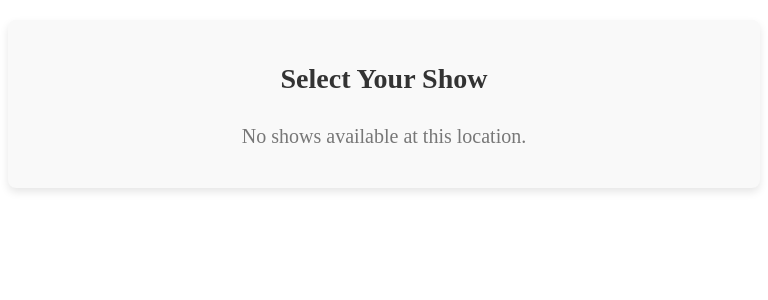
Repository: gnanaprasunag/MovieBookingApp
Page: /onbooktickets (app in frontend/)
These files come from the project's save history. The page is drawn as it stood at one moment and after the next save; the edit follows.
The browser window is 768 px wide. The pictures show the whole page.
The page's requests for data from a server got no answer. The project was rebuilt for these pictures with package versions that can differ from the ones it lists, and the page was loaded fresh each time. No one was signed in, and anything a server would have sent is missing. Also part of the build but not shown: frontend/src/components/PrivateRoute.js, frontend/src/components/AuthorizeRoute.js.

Above is the page before, as saved 2025-05-03 22:35:02.

After the next save:
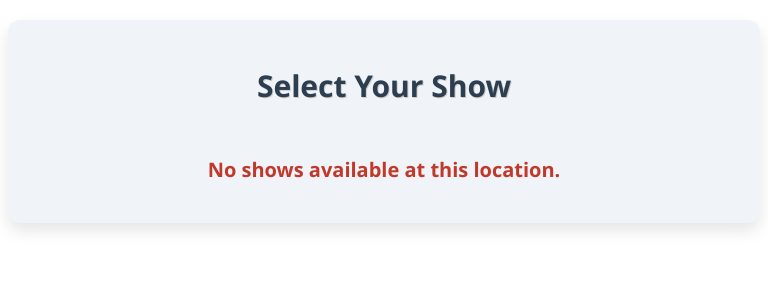
Saved 91 s later.
--- a/frontend/src/pages/onbooktickets.css
+++ b/frontend/src/pages/onbooktickets.css
@@ -1,116 +1,140 @@
-/* Container for the whole page */
+/* Main container */
 .timeplace-container {
-  max-width: 1000px;
+  max-width: 1200px;
   margin: 20px auto;
   padding: 20px;
-  background-color: #f9f9f9;
-  border-radius: 8px;
-  box-shadow: 0 4px 8px rgba(0, 0, 0, 0.1);
+  background-color: #f0f4f8;
+  border-radius: 12px;
+  box-shadow: 0 8px 16px rgba(0, 0, 0, 0.1);
+  font-family: 'Segoe UI', Tahoma, Geneva, Verdana, sans-serif;
 }
 
-/* Page title */
+/* Title */
 .page-title {
   text-align: center;
   margin-bottom: 30px;
-  color: #333;
-  font-size: 28px;
+  color: #2c3e50;
+  font-size: 30px;
   font-weight: bold;
+  text-shadow: 1px 1px #ccc;
 }
 
-/* Each theater/timeplace card */
+/* Each card */
 .timeplace-card {
-  border: 1px solid #ccc;
+  background: linear-gradient(135deg, #74ebd5 0%, #ACB6E5 100%);
+  border-radius: 10px;
   padding: 20px;
   margin-bottom: 20px;
-  background-color: white;
-  border-radius: 6px;
+  color: #1a1a1a;
   position: relative;
+  transition: transform 0.2s ease-in-out;
 }
 
-/* Theater/place name */
+.timeplace-card:hover {
+  transform: scale(1.02);
+  box-shadow: 0 6px 12px rgba(0, 0, 0, 0.2);
+}
+
+/* Place name */
 .place-name {
-  font-size: 22px;
+  font-size: 24px;
   font-weight: bold;
+  margin-bottom: 8px;
   display: flex;
   align-items: center;
   justify-content: space-between;
 }
 
-/* Location text */
+/* Location name */
 .location-name {
   font-size: 18px;
-  color: #555;
+  color: #333;
   margin-bottom: 10px;
 }
 
-/* Button group for showtimes */
+/* Showtime buttons */
 .time-buttons {
   display: flex;
   flex-wrap: wrap;
-  gap: 10px;
+  gap: 12px;
+  margin-top: 10px;
 }
 
-/* Showtime buttons */
 .time-button {
+  background: linear-gradient(45deg, #ff6ec4, #7873f5);
+  color: white;
   padding: 10px 20px;
-  background-color: #007bff;
-  color: white;
+  border-radius: 25px;
   border: none;
-  border-radius: 4px;
   font-size: 16px;
   cursor: pointer;
+  transition: background 0.3s, transform 0.2s;
 }
 
 .time-button:hover {
-  background-color: #0056b3;
+  background: linear-gradient(45deg, #ff9472, #f2709c);
+  transform: scale(1.05);
 }
 
 /* Visited label */
 .visited {
-  background-color: #28a745;
+  background-color: #27ae60;
   color: white;
-  padding: 3px 8px;
-  border-radius: 4px;
+  padding: 4px 10px;
+  border-radius: 20px;
   font-size: 14px;
-  margin-left: 10px;
+  margin-left: 15px;
+  font-weight: bold;
 }
 
-/* Modal content overrides */
+/* Modal content */
 .modal-content {
-  border-radius: 8px;
+  border-radius: 10px;
+  background-color: #fefefe;
 }
 
 .modal-body p {
   font-size: 18px;
-  margin-bottom: 15px;
+  color: #2c3e50;
 }
 
 .btn-success {
   background-color: #28a745;
-  border: none;
+  border-radius: 20px;
+  padding: 10px 20px;
+  font-weight: bold;
 }
 
 .btn-danger {
-  background-color: #dc3545;
-  border: none;
+  background-color: #e74c3c;
+  border-radius: 20px;
+  padding: 10px 20px;
+  font-weight: bold;
 }
 
-/* No shows message */
+/* No shows */
 .no-shows {
   text-align: center;
   font-size: 20px;
-  color: #777;
+  color: #c0392b;
+  font-weight: bold;
+  margin-top: 50px;
 }
 
-/* Responsive adjustments */
+/* Responsive */
 @media (max-width: 768px) {
   .place-name {
       flex-direction: column;
       align-items: flex-start;
+      gap: 5px;
   }
 
   .time-buttons {
       flex-direction: column;
-      gap: 8px;
+      width: 100%;
+  }
+
+  .time-button {
+      width: 100%;
   }
 }
